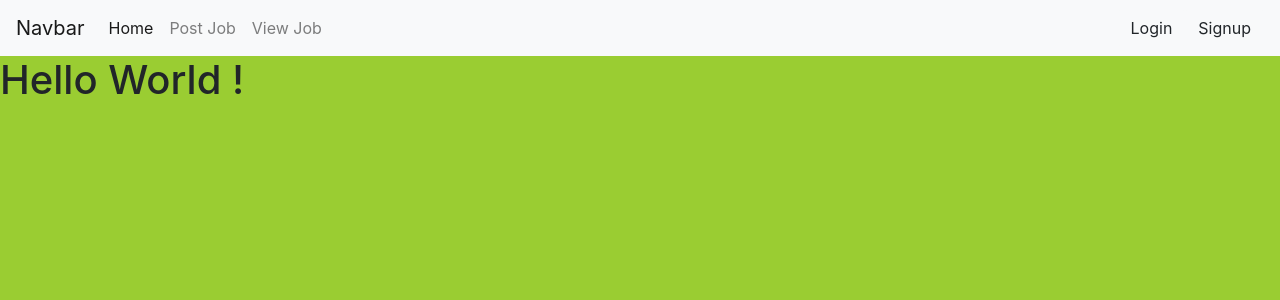
Repository: Pankaj08072001/Adv_Java
Page: http://localhost/06_Job_portal_Project/
The author's editor kept a copy of each file at every save. The page is drawn from the files as they stood at one save, then again after the next save.
The browser window is 1280 px wide. The pictures show the whole page.
Some web libraries are served in a nearby version. The page is served by Tomcat 9. Other server files are loaded and not shown.

Above is the page before, as saved 2025-03-13 18:40:23.

### 06_Job_portal_Project/src/main/webapp/index.jsp
<%@ page language="java" contentType="text/html; charset=UTF-8"
    pageEncoding="UTF-8"%>
<!DOCTYPE html>
<html>
<head>
<meta charset="UTF-8">
<title>Insert title here</title>
<%@include file ="All_component/All_css.jsp" %>
</head>
<body>
<%@include file ="All_component/Navbar.jsp" %>

<h1>Hello World !</h1>
</body>
</html>

### 06_Job_portal_Project/src/main/webapp/All_component/All_css.jsp
<link rel="stylesheet"
	href="https://cdn.jsdelivr.net/npm/bootstrap@4.0.0/dist/css/bootstrap.min.css"
	integrity="sha384-Gn5384xqQ1aoWXA+058RXPxPg6fy4IWvTNh0E263XmFcJlSAwiGgFAW/dAiS6JXm"
	crossorigin="anonymous">


<script src="https://code.jquery.com/jquery-3.2.1.slim.min.js"
	integrity="sha384-KJ3o2DKtIkvYIK3UENzmM7KCkRr/rE9/Qpg6aAZGJwFDMVNA/GpGFF93hXpG5KkN"
	crossorigin="anonymous"></script>
<script
	src="https://cdn.jsdelivr.net/npm/popper.js@1.12.9/dist/umd/popper.min.js"
	integrity="sha384-ApNbgh9B+Y1QKtv3Rn7W3mgPxhU9K/ScQsAP7hUibX39j7fakFPskvXusvfa0b4Q"
	crossorigin="anonymous"></script>
<script
	src="https://cdn.jsdelivr.net/npm/bootstrap@4.0.0/dist/js/bootstrap.min.js"
	integrity="sha384-JZR6Spejh4U02d8jOt6vLEHfe/JQGiRRSQQxSfFWpi1MquVdAyjUar5+76PVCmYl"
	crossorigin="anonymous"></script>

<link rel="stylesheet"
	href="https://cdnjs.cloudflare.com/ajax/libs/font-awesome/6.7.2/css/all.min.css"
	integrity="sha512-Evv84Mr4kqVGRNSgIGL/F/aIDqQb7xQ2vcrdIwxfjThSH8CSR7PBEakCr51Ck+w+/U6swU2Im1vVX0SVk9ABhg=="
	crossorigin="anonymous" referrerpolicy="no-referrer" />

	<link rel="Stylesheet" href ="All_component/Style.css" >

### 06_Job_portal_Project/src/main/webapp/All_component/Navbar.jsp
<nav class="navbar navbar-expand-lg navbar-light bg-light">
	<a class="navbar-brand" href="#">Navbar</a>
	<button class="navbar-toggler" type="button" data-toggle="collapse"
		data-target="#navbarSupportedContent"
		aria-controls="navbarSupportedContent" aria-expanded="false"
		aria-label="Toggle navigation">
		<span class="navbar-toggler-icon"></span>
	</button>

	<div class="collapse navbar-collapse" id="navbarSupportedContent">
		<ul class="navbar-nav mr-auto">
			<li class="nav-item active"><a class="nav-link" href="#">Home
					<span class="sr-only">(current)</span>
			</a></li>
			<li class="nav-item"><a class="nav-link" href="#">Post Job</a></li>
			<li class="nav-item"><a class="nav-link" href="#">View Job</a></li>

		</ul>
		<form class="form-inline my-2 my-lg-0">
			<a href="#" class="btn btn-light">Login</a>
			<a href ="#" class="btn btn-light">Signup</a>
		</form>
	</div>
</nav>

### 06_Job_portal_Project/src/main/webapp/All_component/Style.css
body {
	background-color: yellowgreen;
}

After the next save:
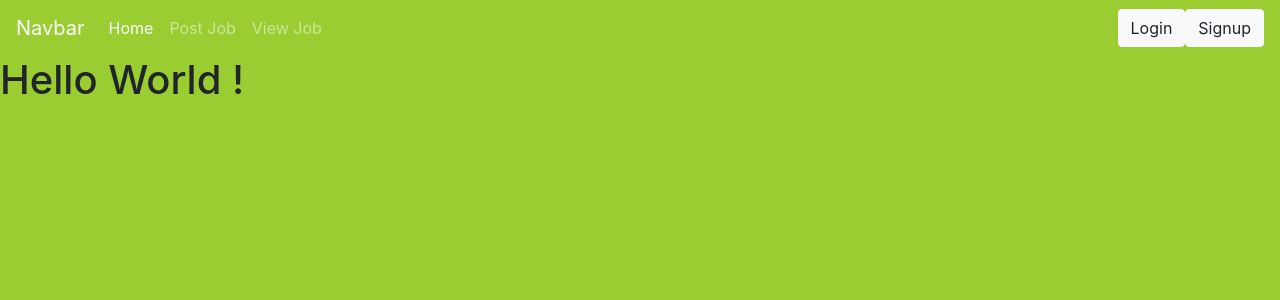
Saved 83 s later.
--- a/06_Job_portal_Project/src/main/webapp/All_component/Navbar.jsp
+++ b/06_Job_portal_Project/src/main/webapp/All_component/Navbar.jsp
@@ -1,4 +1,4 @@
-<nav class="navbar navbar-expand-lg navbar-light bg-light">
+<nav class="navbar navbar-expand-lg navbar-dark bg-custom">
 	<a class="navbar-brand" href="#">Navbar</a>
 	<button class="navbar-toggler" type="button" data-toggle="collapse"
 		data-target="#navbarSupportedContent"
